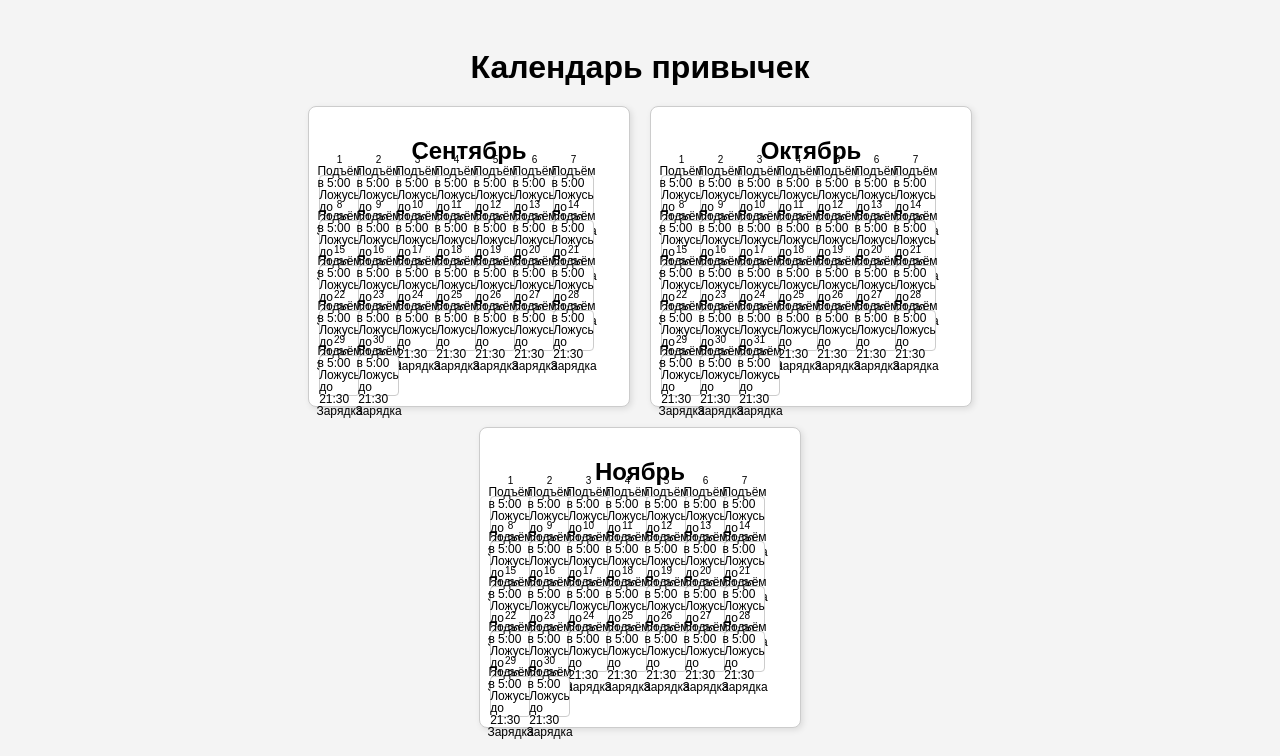
Repository: Pavel1776/doublecalendar
Page: index.html
An editor plug-in stored every save of this project. The page is shown before and after the next save, followed by the edit.
The browser window is 1280 px wide. The pictures show the whole page.

Above is the page before, as saved 2025-09-17 08:06:54.

After the next save:
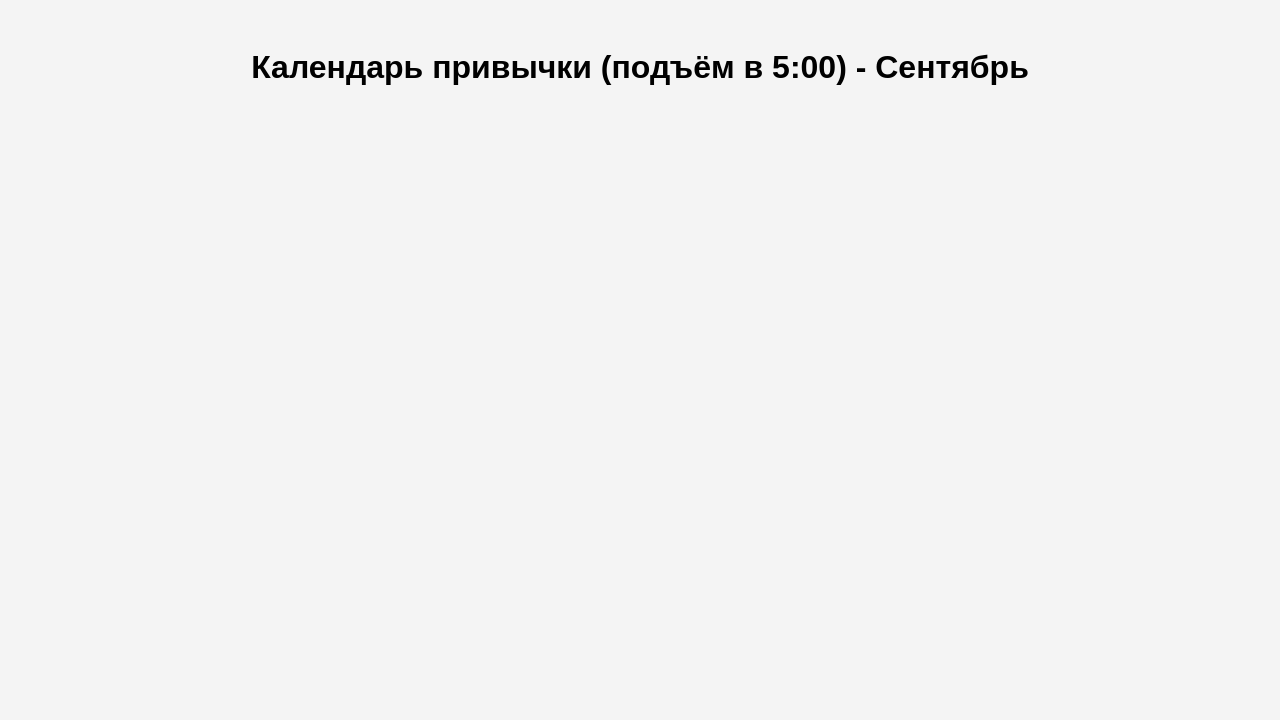
Console error: TypeError: Cannot read properties of null (reading 'appendChild')
Saved 4 min 20 s later.
--- a/index.html
+++ b/index.html
@@ -3,13 +3,15 @@
 
 <head>
   <meta charset="UTF-8">
-  <title>Календарь привычек</title>
-  <link rel="stylesheet" href="style.css">
+  <meta name="viewport" content="width=device-width, initial-scale=1.0">
+  <link href="style.css" rel="stylesheet">
+  <title>Календарь привычки</title>
 </head>
 
 <body>
-  <h1>Календарь привычек</h1>
-  <div id="calendars-container"></div>
+
+  <h1>Календарь привычки (<span class="highlight">подъём в 5:00</span>) - Сентябрь</h1>
+  <div class="calendar" id="calendar"></div>
 
   <script src="script.js"></script>
 </body>
